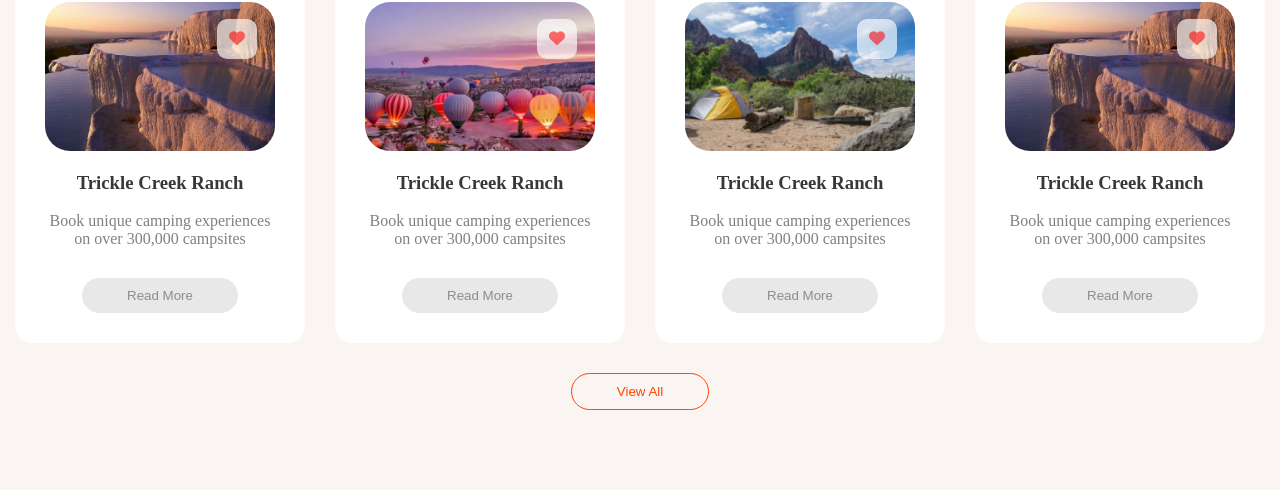
Repository: giahuy405/BC38_Camping_Pham_Gia_Huy
Page: index.html
An editor plug-in stored every save of this project. The page is shown before and after the next save, followed by the edit.
The browser window is 1280 px wide. The pictures show the part of the page from y = 945 to 1897 px (the page is 1435 px tall before and 1897 px after).

Above is the page before, as saved 2022-09-13 19:22:14.

After the next save:
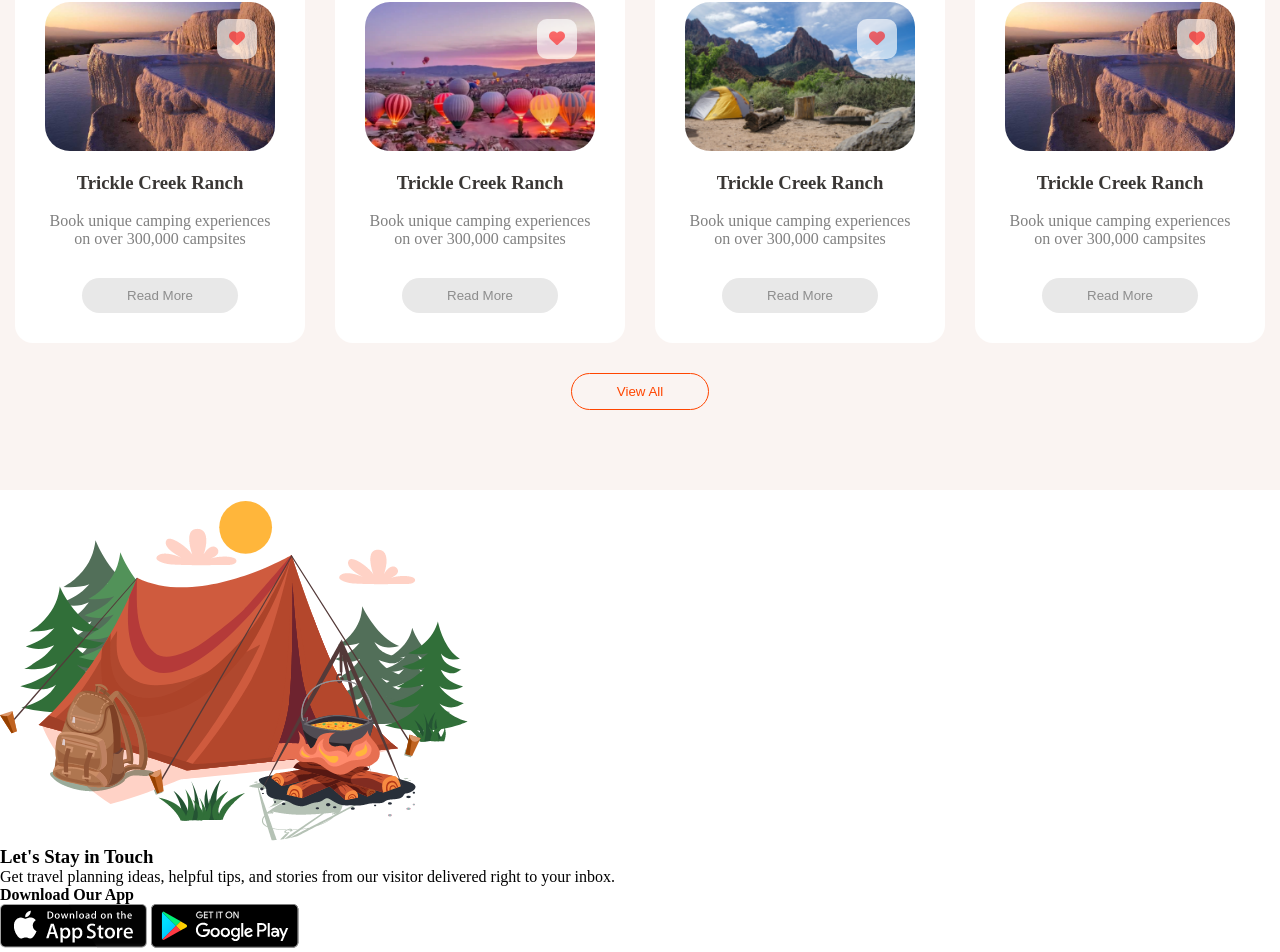
Saved 5 min 2 s later.
--- a/index.html
+++ b/index.html
@@ -79,5 +79,18 @@
         </div>
         <button class="service__final-button">View All</button>
     </section>
+    <div class="contact">
+        <img src="./img/homeicon.png" alt="">
+        <div class="contact__items">
+            <h3>Let's Stay in Touch</h3>
+            <p>Get travel planning ideas, helpful tips, and stories from our visitor delivered right to your inbox.</p>
+            <div class="content__item">
+                <h4>Download Our App</h4>
+                <img src="./img/download-on-the-app-store-apple-1.png" alt="">
+                <img src="./img/google-play-badge-1.png" alt="">
+            </div>
+            <div class="content__item"></div>
+        </div>
+    </div>
 </body>
 </html>
